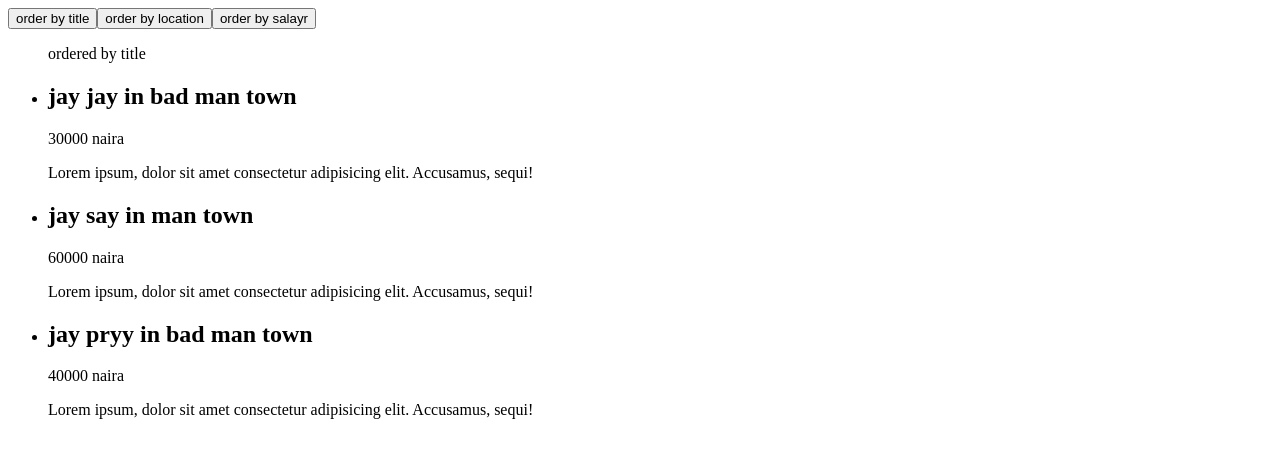
Repository: nilesjamex/t-vue
Page: /
An editor plug-in stored every save of this project. The page is shown before and after the next save, followed by the edit.
The browser window is 1280 px wide. The pictures show the whole page.
The project was rebuilt for these pictures with package versions that can differ from the ones it lists, and the page was loaded fresh each time. Also part of the build but not shown: vue.config.js.

Above is the page before, as saved 2022-03-15 16:26:35.

After the next save:
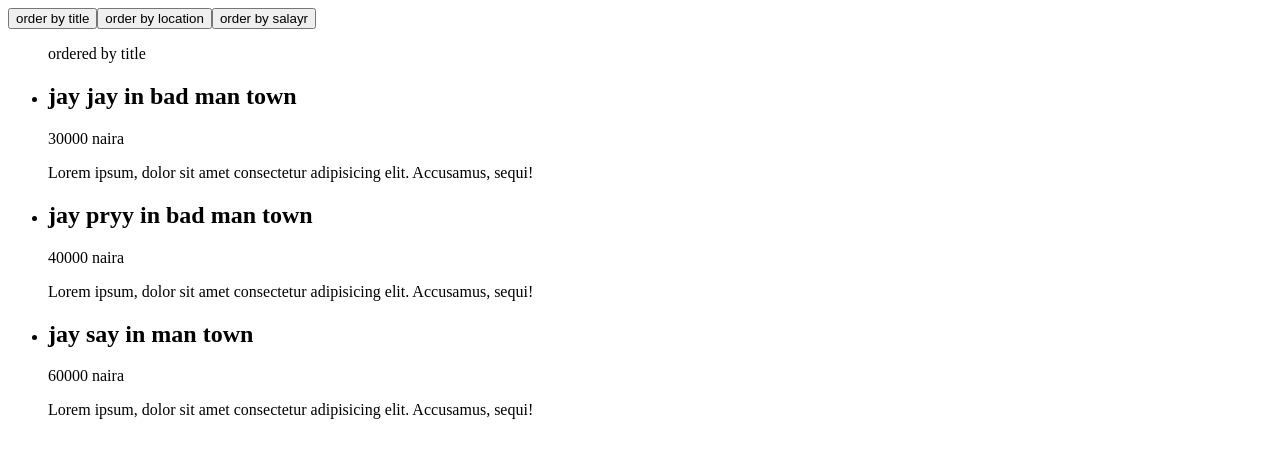
Saved 15 min 32 s later.
--- a/src/components/JobList.vue
+++ b/src/components/JobList.vue
@@ -4,7 +4,7 @@
             <p>
                 ordered by {{ order }}
             </p>
-            <li v-for="job in jobs" :key="job.id">
+            <li v-for="job in OrderedJobs" :key="job.id">
                 <h2>
                     {{ job.title }} in {{ job.location }}
                 </h2>
@@ -21,7 +21,7 @@
     </div>
 </template>
 <script lang="ts">
-import { defineComponent, PropType } from 'vue'
+import { computed, defineComponent, PropType } from 'vue'
 import Job from '@/types/job'
 import OrderTerm from '@/types/OrderTerm'
 
@@ -35,6 +35,14 @@ export default defineComponent({
             required: true,
             type: String as PropType<OrderTerm>
         }
+    },
+    setup(props) {
+        const OrderedJobs = computed(() => {
+            return [ ...props.jobs].sort((a: Job, b: Job) => {
+                return a[props.order] > b[props.order] ? 1 : -1
+            })
+        })
+        return {OrderedJobs}
     }
 })
 </script>
